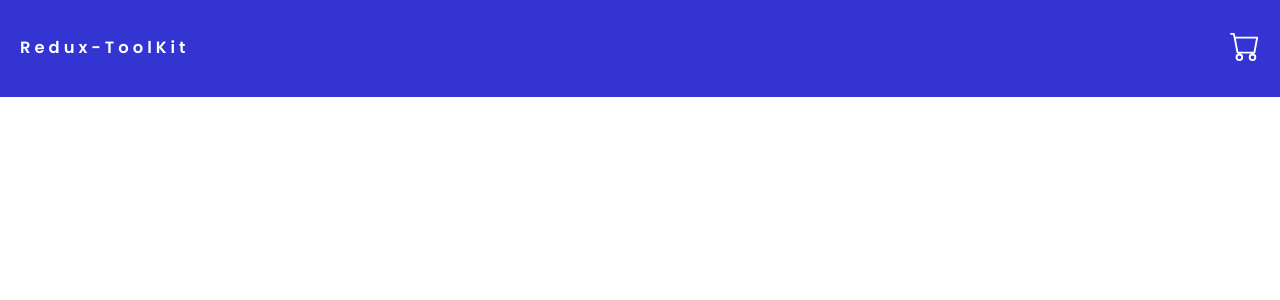
Repository: OmniaRafat232111121/shoppingCart
Page: /
These files come from the project's save history. The page is drawn as it stood at one moment and after the next save; the edit follows.
The browser window is 1280 px wide. The pictures show the whole page.
The project was rebuilt for these pictures with package versions that can differ from the ones it lists, and the page was loaded fresh each time. Also part of the build but not shown: src/App.css.

Above is the page before, as saved 2023-02-07 01:50:50.

After the next save:
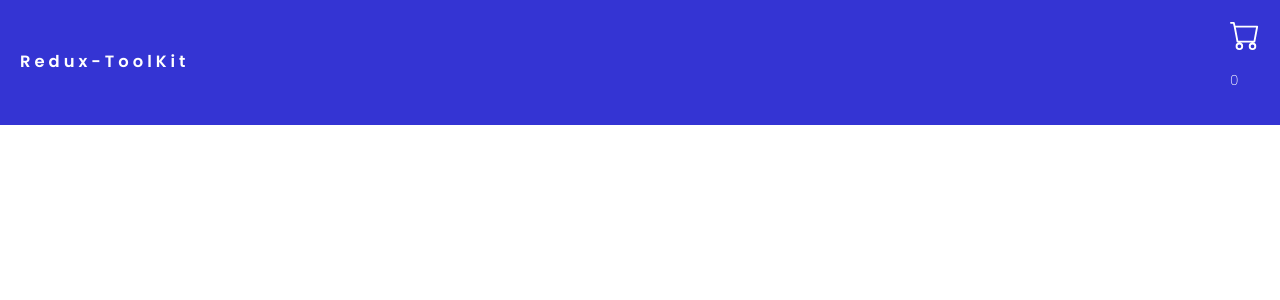
Saved 16 s later.
--- a/src/Component/Navbar.js
+++ b/src/Component/Navbar.js
@@ -10,7 +10,9 @@ const Navbar = () => {
                   <h3>Redux-ToolKit</h3>
                   <div className='nav-container'>
                       <BsCart size={30} />
-
+                      <div className='amount-container'>
+            <p className='total-amount'>{amount}</p>
+          </div>
                   </div>
 
               </div>
